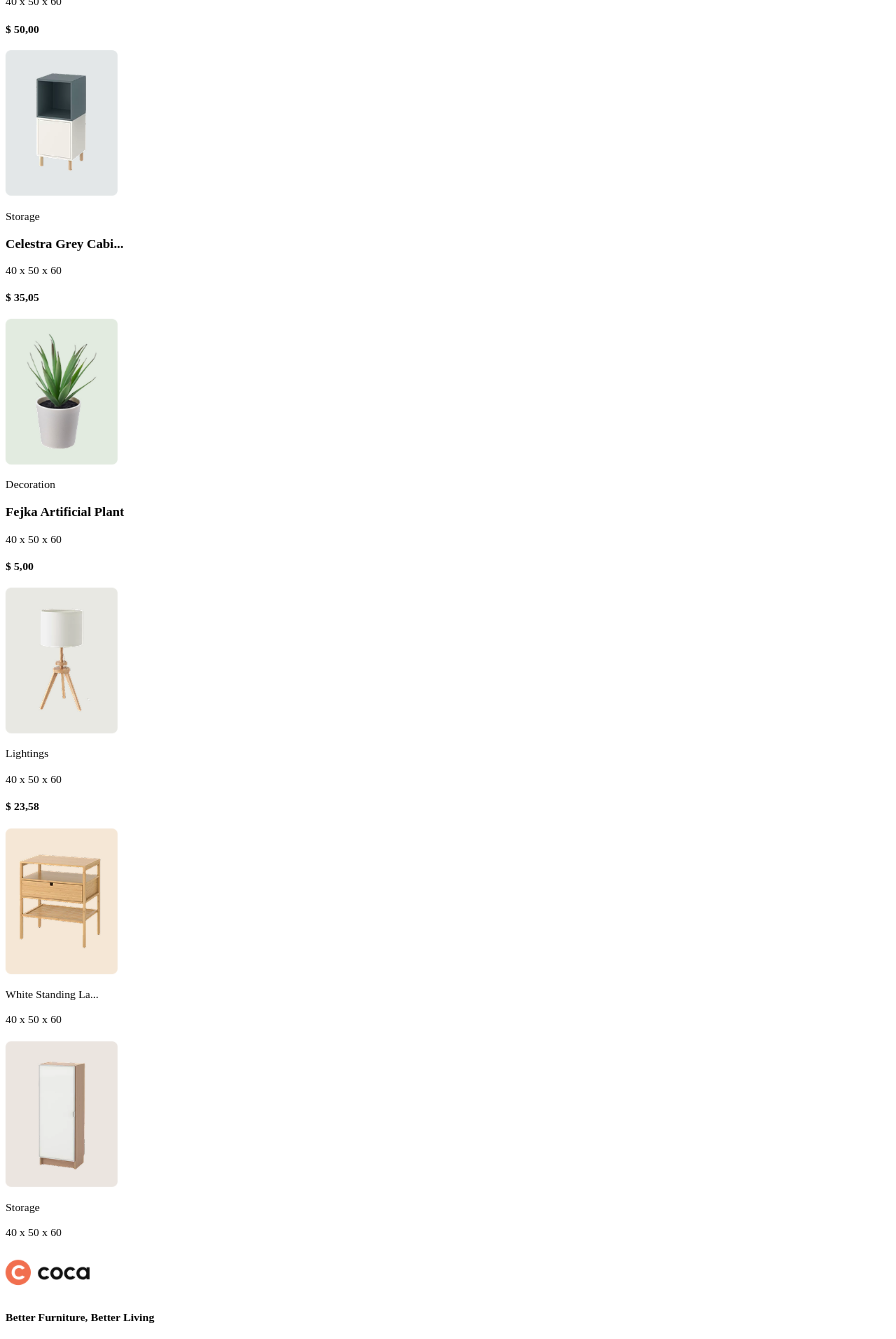
Repository: MatheusEich15/FrontEnd
Page: Prova 1 FrontEnd/Prova 1 FrontEnd/index.html
An editor plug-in stored every save of this project. The page is shown before and after a run of saves, followed by the edit.
The browser window is 1280 px wide. The pictures show the part of the page from y = 1541 to 3461 px (the page is 3454 px tall before and 3461 px after), at 70% of full size.

Above is the page before, as saved 2026-03-12 10:00:45.

### Prova 1 FrontEnd/Prova 1 FrontEnd/index.html
<!DOCTYPE html>

<html lang="en">

<head>
    <meta charset="UTF-8">
    <meta name="viewport" content="width=device-width, initial-scale=1.0">
    <title>Coca</title>
    <link rel="stylesheet" href="style.css">
    <!--  -->
</head>

<body>

    <header>

        <div id="links-header"> <!-- div para links do lado esquerdo -->
            <div id="logo-header"><img src="./assets/images/Logo images/Logo.png" alt="Logo"></div>
            <nav>
                <ul>
                    <li><a href="#"><span>About</span></a></li>
                    <li><a href="#">Blog</a></li>
                    <li><a href="#">Contact</a></li>
                </ul>
            </nav>
        </div>
        <div id="btn-header"> <!-- div para links do lado direito -->
            <a id="sign-in-btn" href="#">Sign In</a>
            <button><img src="./assets/icons/Menu.png" alt="Menu"></button>
        </div>

    </header>

    <main>

        <section id="introduction"> <!-- Introdução ao site -->
            <div id="introduction-content">
                <h3>Explore any kind of furnitures</h3>
                <h1>Better Furniture <br>
                    Better Living</h1>
                <div id="introduction-btn">
                    <a href="#">Check our projects</a>
                    <div id="right-arrow"><img src="./assets/icons/Short Right Arrow.png" alt="Seta"></div>
                </div>
            </div>
        </section>

        <section id="about"> <!-- Sobre o site -->
            <div id="title">
                <h2>What we provide</h2>
            </div>
            <div id="about-items">
                <div class="about-item">
                    <img src="./assets/icons/Home.png" alt="Ícone de Home">
                    <h3>10 years of experience <br>
                        in furniture business</h3>
                    <p>We’re already established since 2012, and <br>
                        in 10 years we have lots of positive <br>
                        reviews and achievements</p>
                    <div>
                        <a href="#">See more</a>
                        <img src="./assets/icons/Normal Right Arrow.png" alt="Seta">
                    </div>
                </div>
                <div class="about-item">
                    <img src="./assets/icons/Credit Card.png" alt="Ícone de Cartão de Crédito">
                    <h3>Afforable price with <br>
                        world class quality</h3>
                    <p>Our craftsmen have lots of experience <br>
                        dealing with crafting furnitures and some <br>
                        of them have world class quality</p>
                    <div>
                        <a href="#">See more</a>
                        <img src="./assets/icons/Normal Right Arrow.png" alt="Seta">
                    </div>
                </div>
                <div class="about-item">
                    <img src="./assets/icons/Thumbs Up.png" alt="Ícone de Polegares Para Cima">
                    <h3>Bring your ideas into <br>
                        a living product</h3>
                    <p>Besides you can buy the existing product, <br>
                        you can also consultate with us also to <br>
                        make your dream furniture</p>
                    <div>
                        <a href="#">See more</a>
                        <img src="./assets/icons/Normal Right Arrow.png" alt="Seta">
                    </div>
                </div>
            </div>
        </section>

        <section id="products"> <!-- Produtos disponíveis -->
            <div id="title">
                <h2>Best seller products</h2>
                <div id="title-btn">
                    <img src="./assets/icons/Normal Left Arrow Sells.png" alt="Seta">
                    <img src="./assets/icons/Normal Right Arrow Sells.png" alt="Seta">
                </div>
            </div>
            <div id="products-items">
                <div class="product-item">
                    <img src="./assets/images/Products images/Cream Office Chair.png" alt="Cadeira de Escritório Cor Creme">
                    <p>Office chair</p>
                    <h3>Cream Office Chair</h3>
                    <p>40 x 50 x 60</p>
                    <h4>$ 50,00</h4>
                </div>
                <div class="product-item">
                    <img src="./assets/images/Products images/Celestra Grey Cabi.png" alt="Armário Pequeno Cor Cinza e Branco">
                    <p>Storage</p>
                    <h3>Celestra Grey Cabi...</h3>
                    <p>40 x 50 x 60</p>
                    <h4>$ 35,05</h4>
                </div>
                <div class="product-item">
                    <img src="./assets/images/Products images/Fejka Artificial Plant.png" alt="Planta Artificial em Vaso Cor Cinza">
                    <p>Decoration</p>
                    <h3>Fejka Artificial Plant</h3>
                    <p>40 x 50 x 60</p>
                    <h4>$ 5,00</h4>
                </div>
                <div class="product-item">
                    <img src="./assets/images/Products images/White Standing La.png" alt="Luminária Cor Branca">
                    <p>Lightings</p>
                    <h3></h3>
                    <p>40 x 50 x 60</p>
                    <h4>$ 23,58</h4>
                </div>
                <div class="product-item">
                    <img src="./assets/images/Products images/Brown Wood Table.png" alt="Mesa de Madeira Cor Marrom">
                    <p>White Standing La...</p>
                    <h3></h3>
                    <p>40 x 50 x 60</p>
                    <h4></h4>
                </div>
                <div class="product-item">
                    <img src="./assets/images/Products images/Morliden Book Rac.png" alt="Armário Médio Moderno Cor Branca">
                    <p>Storage</p>
                    <h3></h3>
                    <p>40 x 50 x 60</p>
                    <h4></h4>
                </div>
            </div>
        </section>

        <section id="projects">

        </section>

        <section id="news">

        </section>

        <section id="testimonials">

        </section>

    </main>

    <footer>

        <div id="footer-top"> <!-- Parte superior à divisória do footer -->
            <div id="logo-footer"><img src="./assets/images/Logo images/Logo.png" alt="Logo"></div>
            <div><h4>Better Furniture, Better Living</h4></div>
            <div id="footer-contact">

            </div>
            <div id="footer-website">

            </div>
            <div id="footer-products">

            </div>
        </div>
        <div id="footer-bottom"> <!-- Parte inferior à divisória do footer -->
            <div id="copyrights">

            </div>
            <div id="footer-policy">

            </div>
            <div id="footer-media">

            </div>
        </div>

    </footer>

</body>

</html>

### Prova 1 FrontEnd/Prova 1 FrontEnd/style.css
@import url('https://fonts.googleapis.com/css2?family=Inter:ital,opsz,wght@0,14..32,100..900;1,14..32,100..900&family=Poppins:ital,wght@0,100;0,200;0,300;0,400;0,500;0,600;0,700;0,800;0,900;1,100;1,200;1,300;1,400;1,500;1,600;1,700;1,800;1,900&family=Raleway:ital,wght@0,100..900;1,100..900&display=swap');

After the next 2 saves:
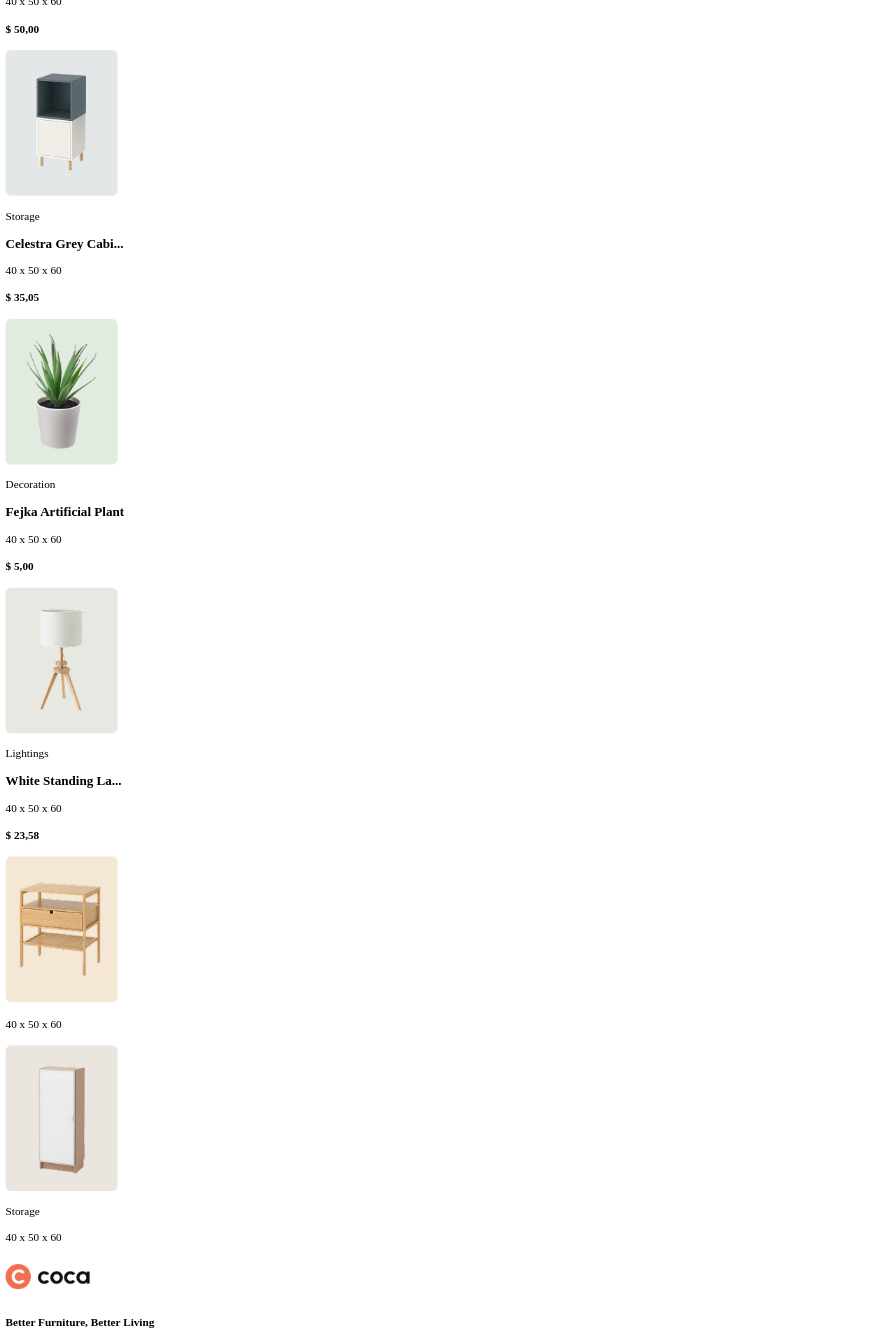
The 2 saves are shown as one change because they came seconds apart.
The last was saved 6 s later.
--- a/Prova 1 FrontEnd/Prova 1 FrontEnd/index.html
+++ b/Prova 1 FrontEnd/Prova 1 FrontEnd/index.html
@@ -122,13 +122,13 @@
                 <div class="product-item">
                     <img src="./assets/images/Products images/White Standing La.png" alt="Luminária Cor Branca">
                     <p>Lightings</p>
-                    <h3></h3>
+                    <h3>White Standing La...</h3>
                     <p>40 x 50 x 60</p>
                     <h4>$ 23,58</h4>
                 </div>
                 <div class="product-item">
                     <img src="./assets/images/Products images/Brown Wood Table.png" alt="Mesa de Madeira Cor Marrom">
-                    <p>White Standing La...</p>
+                    <p></p>
                     <h3></h3>
                     <p>40 x 50 x 60</p>
                     <h4></h4>
